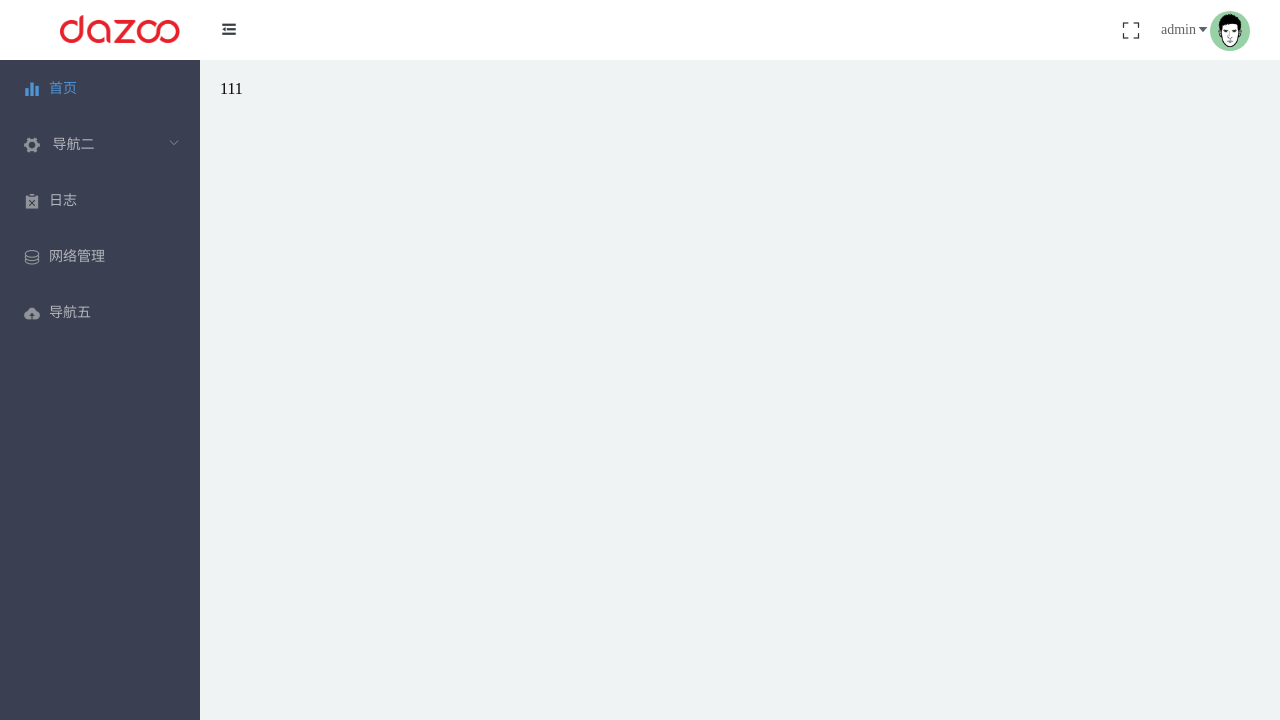
Repository: TomGodb/dazoo-admin
Page: /#/Home
These files come from the project's save history. The page is drawn as it stood at one moment and after the next save; the edit follows.
The browser window is 1280 px wide. The pictures show the whole page.
The project was rebuilt for these pictures with package versions that can differ from the ones it lists, and the page was loaded fresh each time. Also part of the build but not shown: vue.config.js, src/components/SlideVerify/index.vue, src/utils/request.js, src/views/login/http.js, src/views/login/index.vue.

Above is the page before, as saved 2021-01-23 10:42:37.

After the next save:
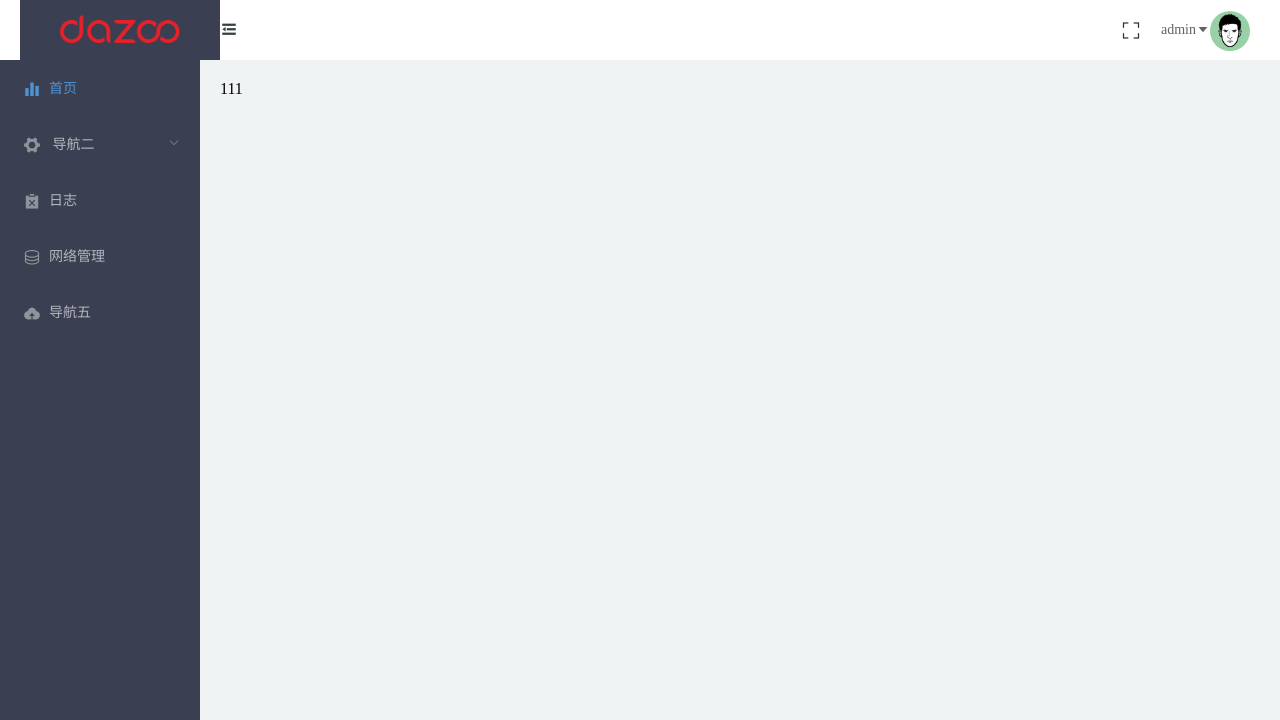
Saved 75 s later.
--- a/src/Home/Header/index.vue
+++ b/src/Home/Header/index.vue
@@ -57,6 +57,7 @@ export default {
 }
 .header_l {
   float: left;
+  background-color: #3a3f51;
   border-bottom: 1px solid #454b61;
   width: 200px;
   height: 60px;
